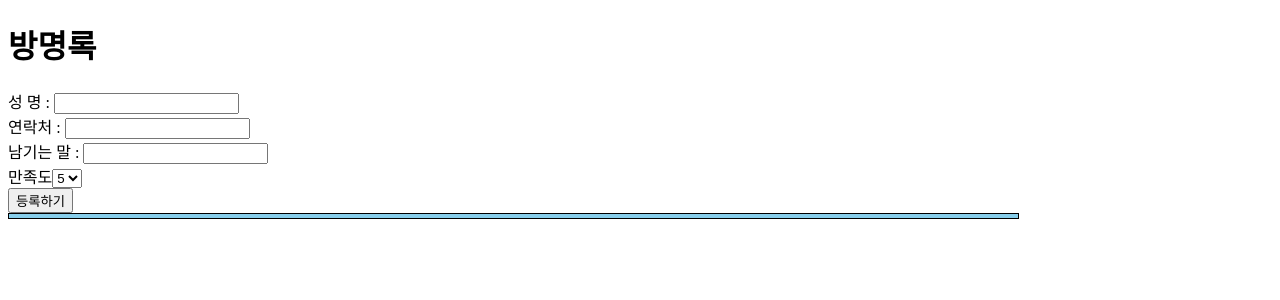
Repository: HyeongChank/P2VisitorCount
Page: http://localhost/P2VisitorCounter/Counter/Login.jsp
An editor plug-in stored every save of this project. The page is shown before and after the next save, followed by the edit.
The browser window is 1280 px wide. The pictures show the whole page.
The page is served by Tomcat 9. Other server files are loaded and not shown. The template is opened directly, without the code that normally fills it, so the values that code supplies are empty.

Above is the page before, as saved 2023-04-05 01:35:20.
Console error: SyntaxError: Unexpected end of input

### P2VisitorCounter/src/main/webapp/Counter/Login.jsp
<%@ page language="java" contentType="text/html; charset=UTF-8"
    pageEncoding="UTF-8"%>
<%@ taglib prefix = "c" uri = "http://java.sun.com/jsp/jstl/core" %>
<!DOCTYPE html>
<html>
<head>
<meta charset="UTF-8">
<style>

	table{
		border : solid 1px black;
		background-color : skyblue;
	}
	tr{
		display : flex;
		justify-content : center;
		align-items : center;
		width : 80%;
	}
</style>
<title>Insert title here</title>
</head>

<body>
 	<h1>방명록</h1>

		<form name = "login" method = "get" action = "../Counterj/visitor.do" enctype = "multipart/form-data">
		<table style = "width : 80%">
 			<tr>성 명 : <input type = "text" name = "name" onsubmit = "return validateForm(this);"/></tr><br>
			<tr>연락처 : <input type = "tel" name = "tel"/></tr><br>
			<tr>남기는 말 : <input type = "text" name = "ment"/></tr><br>
			<tr><label for= "score">만족도</label>
				<select name = "score-m" id = "score">
					<option value = "5">5</option>
					<option value = "5">4</option>
					<option value = "5">3</option>
					<option value = "5">2</option>
					<option value = "5">1</option>
				</select></tr><br>
			<tr><button type = "submit">등록하기</button></tr>
		</table>
	</form>

	<h2>${num }</h2>
<script>
function validateForm(form){
	if(!form.name.value){
		alert("이름을 입력하세요.");
		return false;
	}
	if(!form.tel.value){
		alert("연락처를 입력하세요.");
		return false;
	}

</script>


</body>
</html>

After the next save:
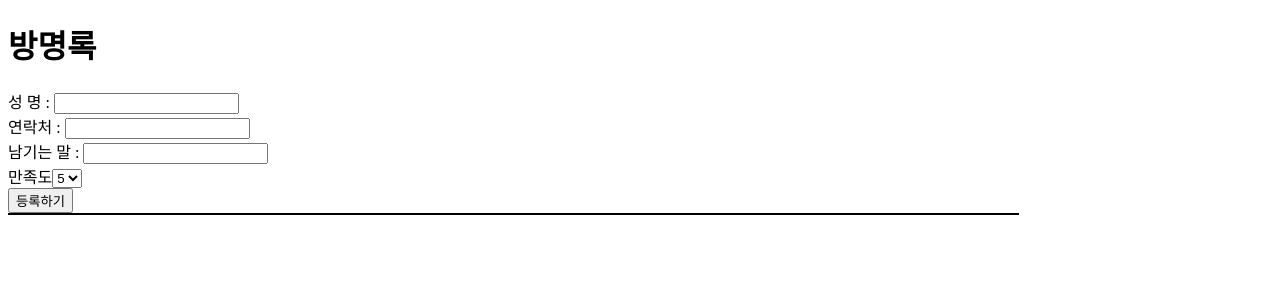
Saved 72 s later.
--- a/P2VisitorCounter/src/main/webapp/Counter/Login.jsp
+++ b/P2VisitorCounter/src/main/webapp/Counter/Login.jsp
@@ -12,10 +12,7 @@
 		background-color : skyblue;
 	}
 	tr{
-		display : flex;
-		justify-content : center;
-		align-items : center;
-		width : 80%;
+		text-align : center;
 	}
 </style>
 <title>Insert title here</title>
